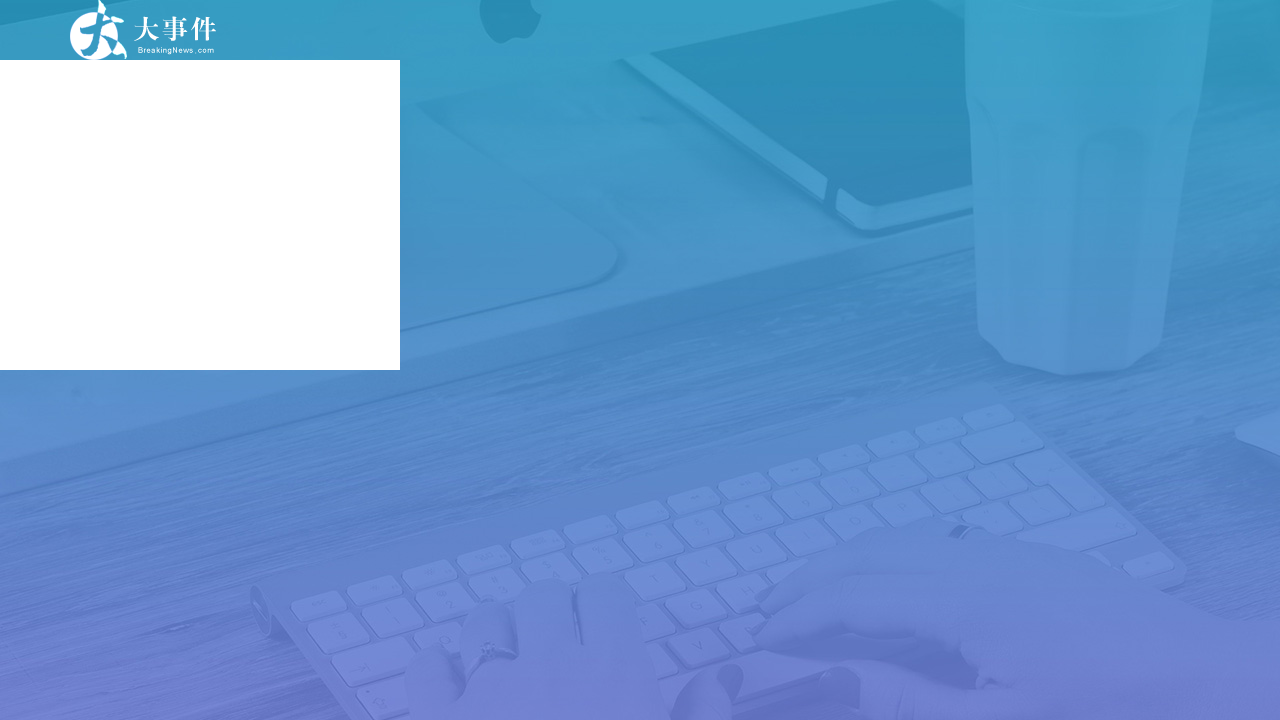
Repository: 1zhoukexin/web_aad
Page: login.html
These files come from the project's save history. The page is drawn as it stood at one moment and after the next save; the edit follows.
The browser window is 1280 px wide. The pictures show the whole page.

Above is the page before, as saved 2021-04-16 13:07:32.

### login.html
<!DOCTYPE html>
<html lang="en">

<head>
    <meta charset="UTF-8">
    <meta http-equiv="X-UA-Compatible" content="IE=edge">
    <meta name="viewport" content="width=device-width, initial-scale=1.0">
    <title>大事件-登录/注册</title>
    <link rel="stylesheet" href="/assets/lib/layui/css/layui.css">
    <link rel="stylesheet" href="assets/css/login.css">
</head>

<body>
    <!-- 头部的logo区域 -->
    <div class="layui-main">
        <img src="/assets/images/logo.png" alt="">
    </div>
    <!-- 登录注册区域 -->
    <div class="loginAndRegbox"></div>
</body>

</html>

### assets/css/login.css
html,
body {
    margin: 0;
    padding: 0;
    width: 100%;
    height: 100%;
    background: url(/assets/images/login_bg.jpg) no-repeat center;
    background-size: cover;
}

.loginAndRegbox {
    width: 400px;
    height: 310px;
    background-color: #fff;
}

Loaded but not shown: assets/lib/layui/css/layui.css (library)

After the next save:
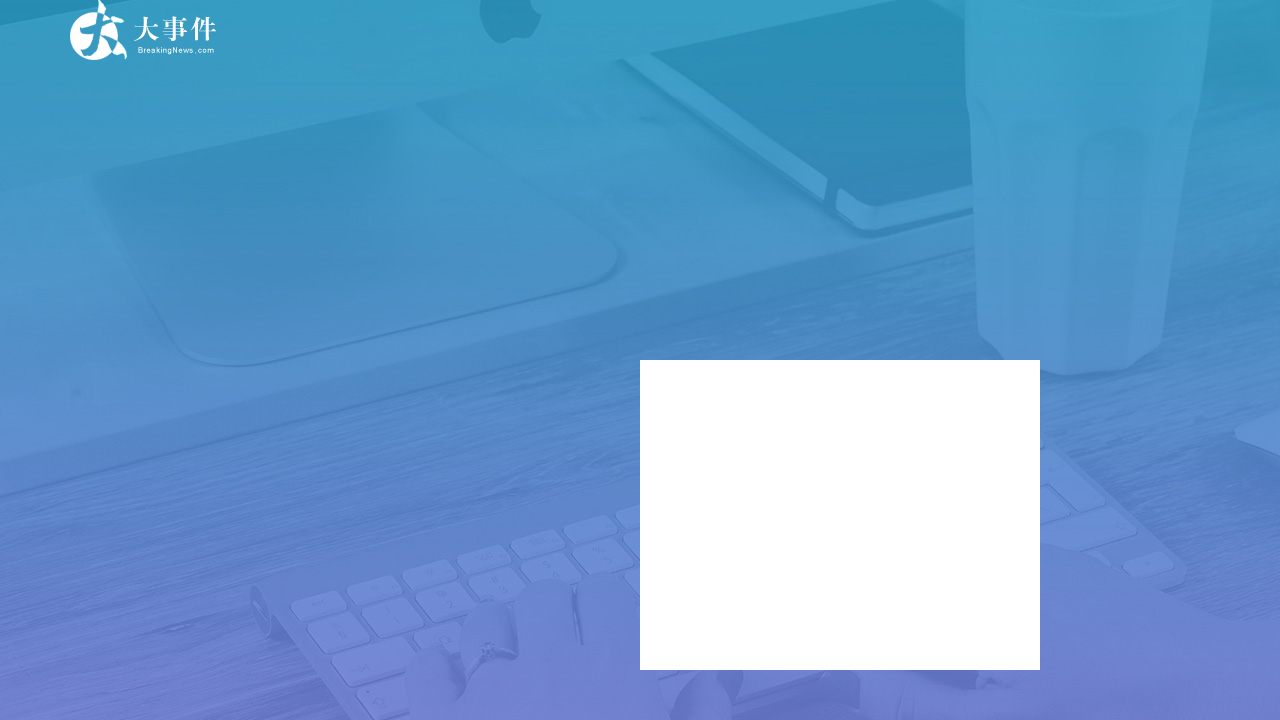
Saved 35 s later.
--- a/assets/css/login.css
+++ b/assets/css/login.css
@@ -12,4 +12,7 @@ body {
     width: 400px;
     height: 310px;
     background-color: #fff;
+    position: absolute;
+    left: 50%;
+    top: 50%;
 }
